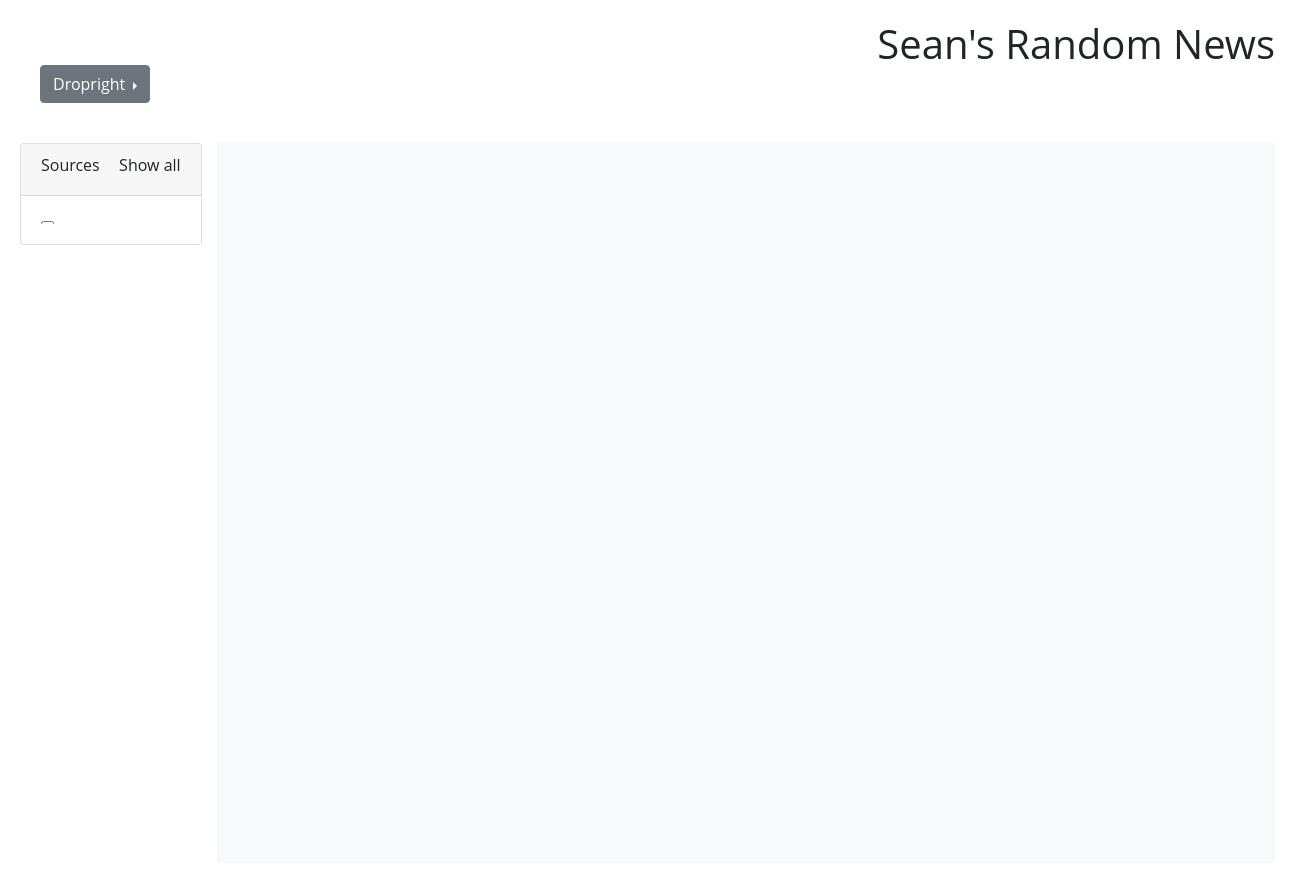
Repository: tts2610/GoogleNews
Page: index.html
The author's editor kept a copy of each file at every save. The page is drawn from the files as they stood at one save, then again after the next save.
The browser window is 1280 px wide. The page is 1295 px wide, so the pictures cover 1295 px, including what lies to the right of the window. The pictures show the whole page.
The page's requests for data from a server got no answer. Some web libraries are served in a nearby version.

Above is the page before, as saved 2020-05-21 11:08:42.

### index.html
<!DOCTYPE html>
<html lang="en">

<head>
    <meta charset="UTF-8">
    <meta name="viewport" content="width=device-width, initial-scale=1.0">
    <title>Document</title>
    <link rel="stylesheet" href="https://maxcdn.bootstrapcdn.com/bootstrap/4.4.1/css/bootstrap.min.css">

    <!-- jQuery library -->
    <script src="https://ajax.googleapis.com/ajax/libs/jquery/3.5.1/jquery.min.js"></script>

    <!-- Popper JS -->
    <script src="https://cdnjs.cloudflare.com/ajax/libs/popper.js/1.16.0/umd/popper.min.js"></script>

    <!-- Latest compiled JavaScript -->
    <script src="https://maxcdn.bootstrapcdn.com/bootstrap/4.4.1/js/bootstrap.min.js"></script>
    <link rel="stylesheet" href="css/style.css">

    <link href="https://unpkg.com/aos@2.3.1/dist/aos.css" rel="stylesheet">

    <link rel="stylesheet" href="https://cdnjs.cloudflare.com/ajax/libs/animate.css/4.0.0/animate.min.css" />
    <script src="js/moment.js"></script>
</head>

<body>
    <div class="myContainer">
        <div class="row">
            <div class="col">
                <div class="btn-group dropright" style="margin-left: -480px; margin-top: 45px;">
                    <button type="button" class="btn btn-secondary dropdown-toggle" data-toggle="dropdown" aria-haspopup="true" aria-expanded="false">
                  Dropright
                </button>
                    <div class="dropdown-menu">
                        <!-- Dropdown menu links -->
                    </div>
                </div>
            </div>

            <h1>Sean's Random News</h1>
        </div>

        <div class="row">
            <div class="col-2 sidenav">
                <div class="card">
                    <article class="card-group-item">
                        <header class="card-header">
                            <h6 class="title">Sources<span style="float: right; cursor: pointer;" onclick="showAll(1)">Show all</span></h6>
                        </header>
                        <div class="filter-content">
                            <div class="card-body">
                                <form id="sideNav">
                                    <label class="form-check">
                                        <input class="form-check-input" type="checkbox" value="">
                                        <span class="form-check-label">

                                        </span>
                                    </label>
                                </form>

                            </div>
                            <!-- card-body.// -->
                        </div>
                    </article>
                    <!-- card-group-item.// -->

                    <!-- card-group-item.// -->
                </div>

            </div>
            <div class="col-10 content" id="myContent">

            </div>
        </div>



    </div>

    <script src="js/script.js"></script>
    <script src="https://unpkg.com/aos@2.3.1/dist/aos.js"></script>
    <script>
        AOS.init();
    </script>
</body>

</html>

### css/style.css
body {
    margin: 0;
    font-family: 'Open Sans', sans-serif;
}

.myContainer {
    /* display: flex;
    justify-content: start; */
}

.sidenav {
    min-height: 100vh;
    width: 250px;
    float: left;
    position: relative;
}

#sideNav {
    overflow-y: scroll;
}

.content {
    height: 100vh;
    width: calc(100% - 200px);
    float: right;
    position: relative;
    background-color: #f8f9fa;
    overflow-y: scroll;
}

.blog-entry-left {
    text-align: left;
    padding: 10px;
    width: 70%;
}

.blog-entry {
    padding: 10px;
}

.row {
    padding: 20px;
}

#container-row {
    display: flex;
    justify-content: flex-end;
}

button {
    margin-left: 500px;
}

### js/script.js
let newsList = [];
const apiKey = "2dc86bcdc7184b17b45b74b30858f75a"
let page = 1;
let pageSize = 6;
let sourceList = [];
let sourcePage = 0;
let categoryList = ['business', 'entertainment', 'general', 'health', 'science', 'sports', 'technology']
let q = "corona";
let filteredNews = []

const loadNews = async(page, category) => {
    let url;
    if (category && categoryList.includes(category)) {
        $("#myContent").empty();
        url = `https://newsapi.org/v2/top-headlines?q=${q}&apiKey=${apiKey}&page=${page}&pageSize=${pageSize}&category=${category}`;
    } else {
        $("#currentNews").remove();
        url = `https://newsapi.org/v2/top-headlines?q=${q}&apiKey=${apiKey}&page=${page}&pageSize=${pageSize}`;
    }

    let data = await fetch(url);
    let result = await data.json();
    $("#myContent").append(render(result));

    $('#myContent').append(`<button onclick="loadMoreFunction('${category}')" id="loadMoreBtn" type="button" class="btn btn-success my-4">Load more</button>`);
    $('#myContent').append(`<div id="currentNews" style="text-align:right;">Shown : ${$("#myContent .row").length} news</div>`);
}

function showAll() {
    $("input:checkbox:checked").each(function() {
        $(this).prop("checked", false);
    });
    loadNews(1, null);
}

$(document).ready(function() {
    renderDropDown();
    loadNews(page, null);
});


function loadMoreFunction(category) {
    page++;
    $("#loadMoreBtn").remove();
    $("#currentNews").remove();
    loadNews(page, category);
}

function reloadFilter() {
    $("#sideNav").empty();
    sourceList.forEach(element => {
        let html = `<label class="form-check">
        <input onchange="filterBySource('${element.id}')" class="form-check-input" type="checkbox" id="${element.id}" value="${element.id}">
        <span class="form-check-label">
            ${element.category}(${element.count})
        </span>`;
        $("#sideNav").append(html);
    });
}

function filterBySource(elem) {
    let newFilters = filteredNews.filter(x => x.source.id == elem);
    let innerHtml = newFilters.map(x => {
        return `<div class="row">
        <div class="news-img"><img class="rounded" src="${x.urlToImage}" width="200" height="200"></div>
        <div class="blog-entry-left">
            <div class="text">
                <h3 class="mb-2"><a href="${x.url}">${x.title}</a></h3>
                <div class="meta-wrap">
                    <p class="meta">
                        <span><i class="icon-calendar mr-2"></i>${moment(x.publishedAt).fromNow()}</span>
                        <span><a href="single.html" id="${x.source.id}"><i class="icon-folder-o mr-2"></i>${x.source.name}</a></span>
                        <span><i class="icon-comment2 mr-2"></i>5 Comment</span>
                    </p>
                </div>
                <p class="mb-4">${x.description}</p>
                <p><a href="${x.url}" class="btn-custom">Read More <span class="ion-ios-arrow-forward"></span></a></p>
            </div>
        </div>

    </div>`
    }).join('');
    $("#myContent").empty();
    if (isAnyChecked()) {
        $("#myContent").append(innerHtml);
    }

}

function isAnyChecked() {
    let flag = false;
    $("input:checkbox:checked").each(function() {
        flag = true;
    });
    if (!flag) {
        $("#myContent").empty();
        filteredNews = [];
        sourceList = [];
        page = 1;
        loadNews(1, null);
    }

    return flag;

}

function renderDropDown() {
    categoryList.forEach(element => {
        let html = `<a class="dropdown-item" href="#" onclick="return loadNews(1,'${element}');">${element}</a>`
        $('.dropdown-menu').append(html);
    });
}

function addToDictionary(x) {
    let flag;
    for (let i = 0; i < sourceList.length; i++) {
        if (sourceList[i].id == x.id) {
            sourceList[i].count++;
            flag = true;
        }
    }
    if (!flag)
        sourceList.push({ id: x.id, category: x.name, count: 1 })
}

function render(result) {
    let innerHtml = result.articles.map(x => {
        addToDictionary(x.source);
        filteredNews.push({ urlToImage: x.urlToImage, title: x.title, publishedAt: x.publishedAt, source: x.source, description: x.description })
        return `<div class="row">
        <div class="news-img"><img class="rounded" src="${x.urlToImage}" width="200" height="200"></div>
        <div class="blog-entry-left">
            <div class="text">
                <h3 class="mb-2"><a href="${x.url}">${x.title}</a></h3>
                <div class="meta-wrap">
                    <p class="meta">
                        <span><i class="icon-calendar mr-2"></i>${moment(x.publishedAt).fromNow()}</span>
                        <span><a href="single.html" id="${x.source.id}"><i class="icon-folder-o mr-2"></i>${x.source.name}</a></span>
                        <span><i class="icon-comment2 mr-2"></i>5 Comment</span>
                    </p>
                </div>
                <p class="mb-4">${x.description}</p>
                <p><a href="${x.url}" class="btn-custom">Read More <span class="ion-ios-arrow-forward"></span></a></p>
            </div>
        </div>

    </div>`
    }).join('');
    reloadFilter();
    return innerHtml;
}

Loaded but not shown: js/moment.js (library)

After the next save:
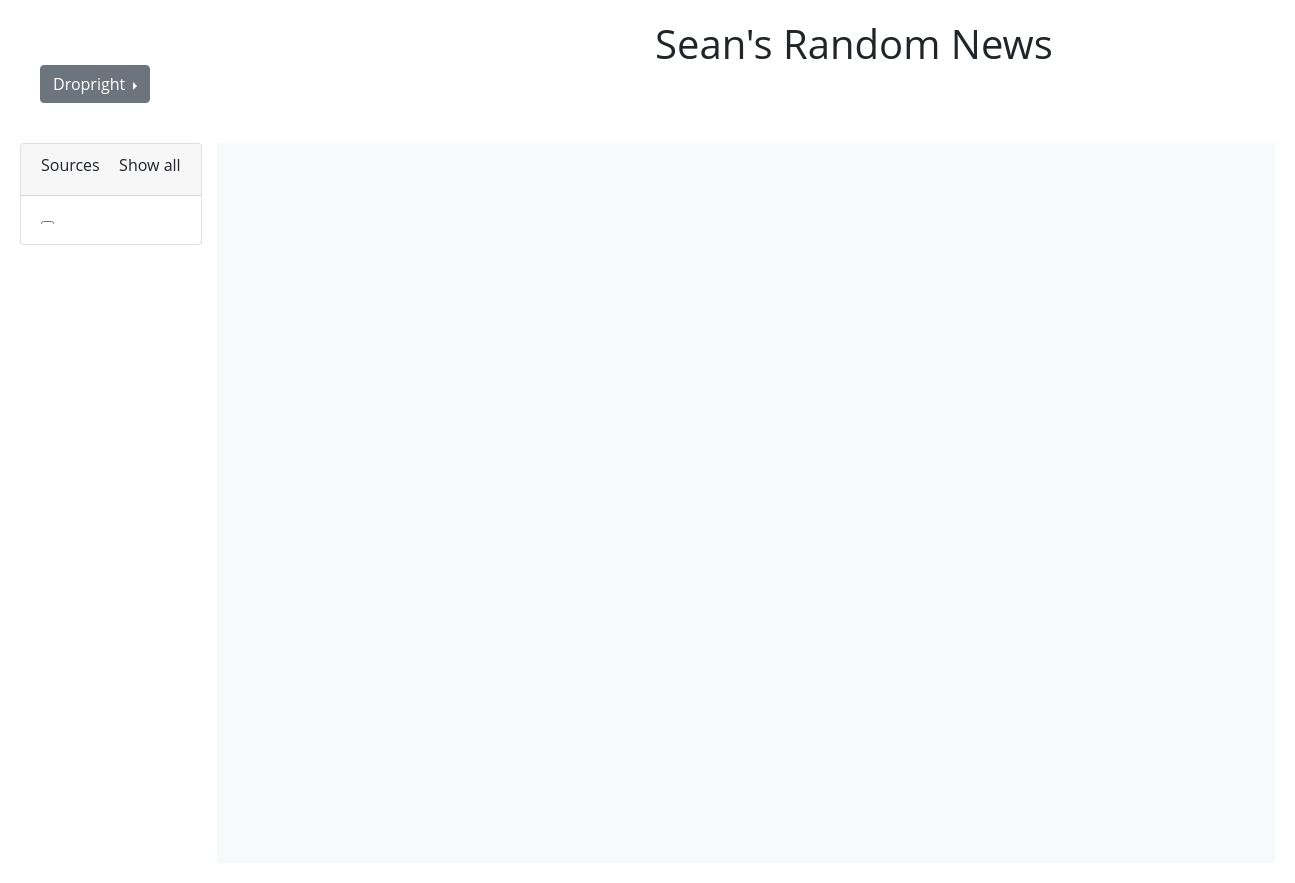
Saved 22 s later.
--- a/index.html
+++ b/index.html
@@ -36,8 +36,10 @@
                     </div>
                 </div>
             </div>
+            <div class="col">
+                <h1>Sean's Random News</h1>
+            </div>
 
-            <h1>Sean's Random News</h1>
         </div>
 
         <div class="row">
